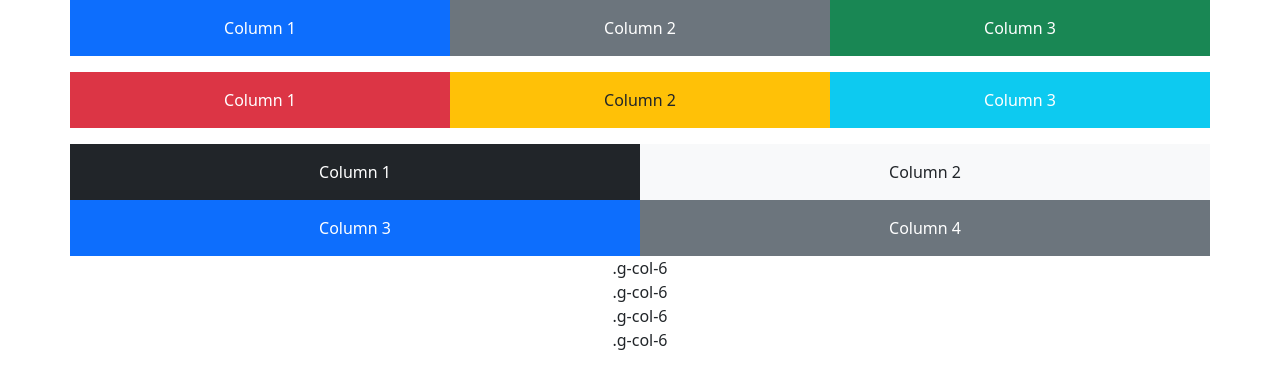
Repository: arunyerram/Web-TEChnologies
Page: grid.html
These files come from the project's save history. The page is drawn as it stood at one moment and after the next save; the edit follows.
The browser window is 1280 px wide. The pictures show the whole page.

Above is the page before, as saved 2025-02-25 12:42:55.

### grid.html
<!DOCTYPE html>
<html lang="en">
<head>
    <meta charset="UTF-8">
    <meta name="viewport" content="width=device-width, initial-scale=1.0">
    <title>Bootstrap Grid Example</title>
    <link href="https://cdn.jsdelivr.net/npm/bootstrap@5.3.3/dist/css/bootstrap.min.css" rel="stylesheet" integrity="sha384-QWTKZyjpPEjISv5WaRU9OFeRpok6YctnYmDr5pNlyT2bRjXh0JMhjY6hW+ALEwIH" crossorigin="anonymous">
    <script src="https://cdn.jsdelivr.net/npm/bootstrap@5.3.3/dist/js/bootstrap.bundle.min.js" integrity="sha384-YvpcrYf0tY3lHB60NNkmXc5s9fDVZLESaAA55NDzOxhy9GkcIdslK1eN7N6jIeHz" crossorigin="anonymous"></script>
</head>
<body>
    <div class="container text-center">
        <!-- First row -->
        <div class="row">
            <div class="col-4 bg-primary text-white p-3">Column 1</div>
            <div class="col-4 bg-secondary text-white p-3">Column 2</div>
            <div class="col-4 bg-success text-white p-3">Column 3</div>
        </div>

        <!-- Second row -->
        <div class="row mt-3">
            <div class="col-6 col-md-4 bg-danger text-white p-3">Column 1</div>
            <div class="col-6 col-md-4 bg-warning text-dark p-3">Column 2</div>
            <div class="col-6 col-md-4 bg-info text-white p-3">Column 3</div>
        </div>

        <!-- Third row -->
        <div class="row mt-3">
            <div class="col-6 bg-dark text-white p-3">Column 1</div>
            <div class="col-6 bg-light text-dark p-3">Column 2</div>
            <div class="col-6 bg-primary text-white p-3">Column 3</div>
            <div class="col-6 bg-secondary text-white p-3">Column 4</div>
        </div>
    </div>

    <div class="grid text-center">
        <div class="g-col-6">.g-col-6</div>
        <div class="g-col-6">.g-col-6</div>

        <div class="g-col-6">.g-col-6</div>
        <div class="g-col-6">.g-col-6</div>
      </div>

</body>
</html>

After the next save:
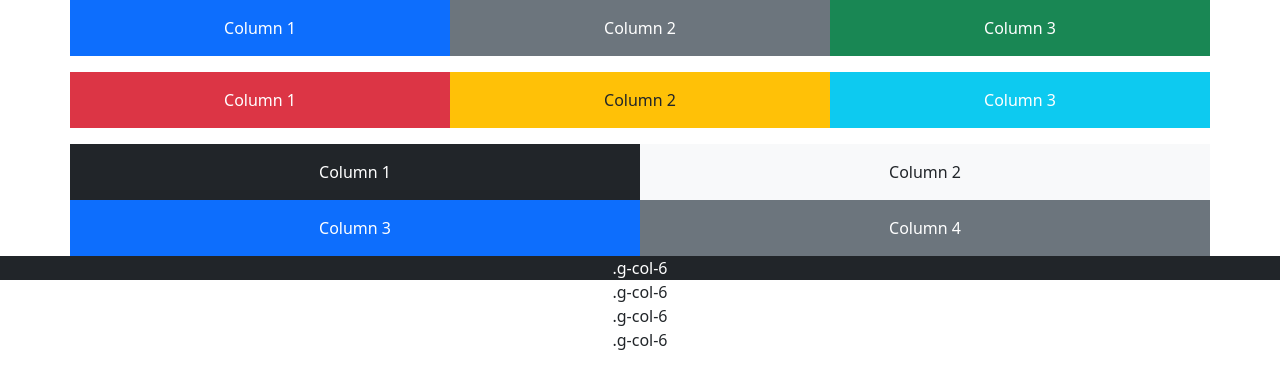
Saved 2 min 40 s later.
--- a/grid.html
+++ b/grid.html
@@ -33,7 +33,7 @@
     </div>
 
     <div class="grid text-center">
-        <div class="g-col-6">.g-col-6</div>
+        <div class="g-col-6 bg-dark text-white p-">.g-col-6</div>
         <div class="g-col-6">.g-col-6</div>
 
         <div class="g-col-6">.g-col-6</div>
